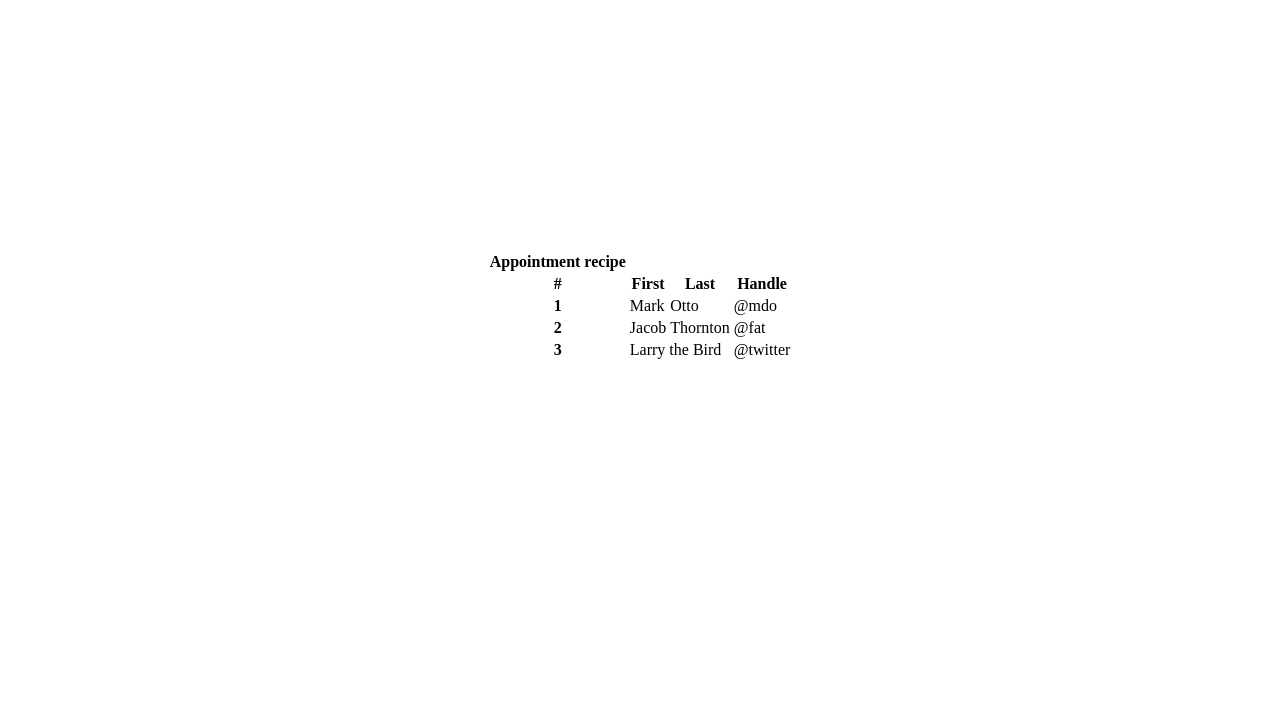
Repository: 72-faisal/work_to_do
Page: http://localhost/Khajina_Doctor/Show_appointment.jsp
These files come from the project's save history. The page is drawn as it stood at one moment and after the next save; the edit follows.
The browser window is 1280 px wide. The pictures show the whole page.
The page is served by Tomcat 9.

Above is the page before, as saved 2023-04-14 19:47:15.

After the next save:
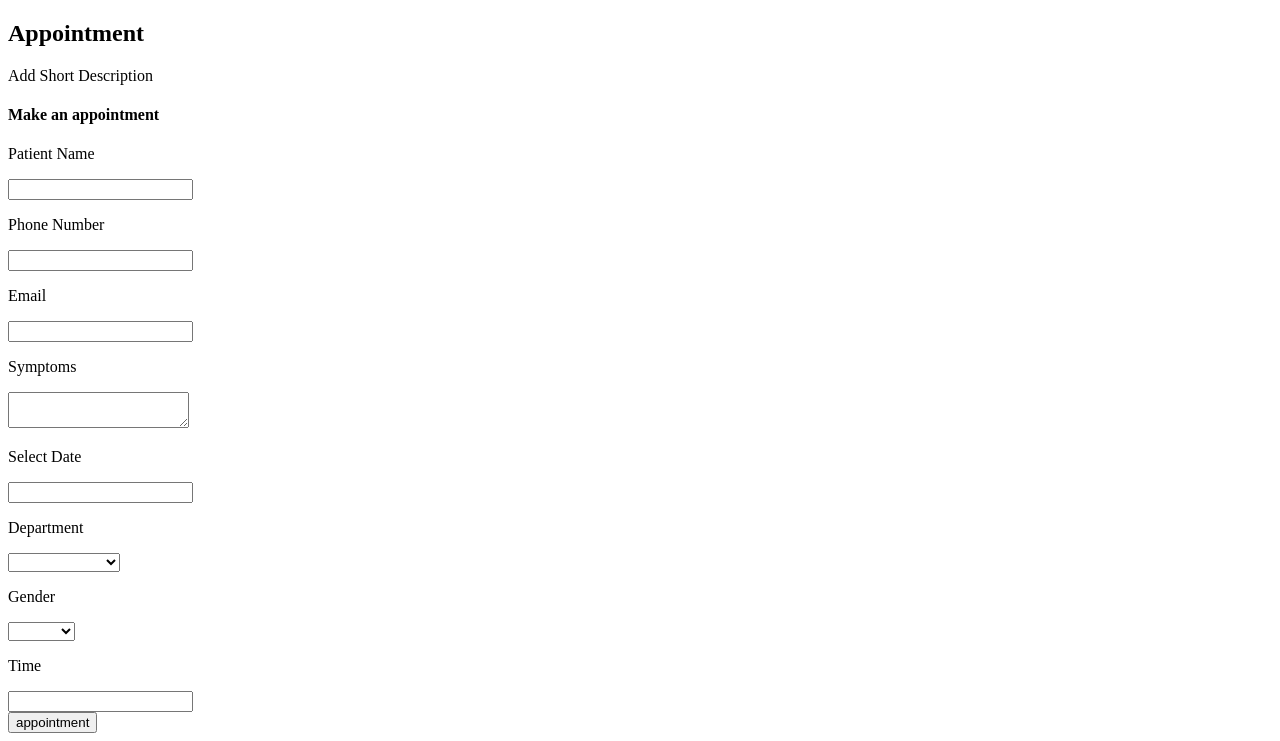
Saved 3 min 4 s later.
--- a/Khajina_Doctor/Khajina_Doctor/src/main/webapp/Show_appointment.jsp
+++ b/Khajina_Doctor/Khajina_Doctor/src/main/webapp/Show_appointment.jsp
@@ -5,7 +5,7 @@
 <head>
 <meta charset="ISO-8859-1">
 
-<title>Insert title here</title>
+<title>Appointment recipe</title>
 
 
 
@@ -13,36 +13,70 @@
 
 <body>
 
-<table class="center" style="margin: 250px auto;">
-  <thead>
-  <th> Appointment recipe</th>
-    <tr>
-      <th scope="col">#</th>
-      <th scope="col">First</th>
-      <th scope="col">Last</th>
-      <th scope="col">Handle</th>
-    </tr>
-  </thead>
-  <tbody>
-    <tr>
-      <th scope="row">1</th>
-      <td>Mark</td>
-      <td>Otto</td>
-      <td>@mdo</td>
-    </tr>
-    <tr>
-      <th scope="row">2</th>
-      <td>Jacob</td>
-      <td>Thornton</td>
-      <td>@fat</td>
-    </tr>
-    <tr>
-      <th scope="row">3</th>
-      <td colspan="2">Larry the Bird</td>
-      <td>@twitter</td>
-    </tr>
-  </tbody>
-</table>
+<div class="banner-bottom" id="about">
+		<div class="container">
+					<h2 class="w3_heade_tittle_agile">Appointment</h2>
+			        <p class="sub_t_agileits">Add Short Description</p>
+
+					<div class="book-appointment">
+						<h4>Make an appointment</h4>
+								<form action="AppointmentController" method="post" >
+								<div class="left-agileits-w3layouts same">
+								<div class="gaps">
+									<p>Patient Name</p>
+										<input type="text" name="Appointment_name" placeholder="" required=""/>
+								</div>
+									<div class="gaps">
+									<p>Phone Number</p>
+										<input type="text" name="Appointment_number" placeholder="" required=""/>
+									</div>
+									<div class="gaps">
+									<p>Email</p>
+											<input type="email" name="Appointment_email" placeholder="" required="" />
+									</div>
+									<div class="gaps">
+									<p>Symptoms</p>
+											<textarea name="Appointment_symptoms" placeholder="" required="" ></textarea>
+									</div>
+								</div>
+								<div class="right-agileinfo same">
+								<div class="gaps">
+									<p>Select Date</p>
+											<input  id="datepicker1" name="Appointment_date" type="text" value="" onfocus="this.value = '';" onblur="if (this.value == '') {this.value = 'mm/dd/yyyy';}" required="">
+								</div>
+								<div class="gaps">
+									<p>Department</p>
+										<select class="option" name="Appointment_department">
+											<option></option>
+											<option>Cardiology</option>
+											<option>Ophthalmology</option>
+											<option>Neurology</option>
+											<option>Psychology</option>
+											<option>Dermatology</option>
+										</select>
+								</div>
+								<div class="gaps">
+									<p>Gender</p>
+										<select class="option" name="Appointment_gender">
+											<option></option>
+											<option>Male</option>
+											<option>Female</option>
+										</select>
+								</div>
+								<div class="gaps">
+									<p>Time</p>
+										<input type="text" id="timepicker" name="Appointment_time" class="timepicker option" value="">
+								</div>
+								</div>
+								<div class="clearfix"></div>
+											  <input type="submit" name="action" value="appointment">
+								</form>
+							</div>
+					   </div>
+
+		</div>
+	</div>
+<!-- icons -->
 
 </body>
 </html>
